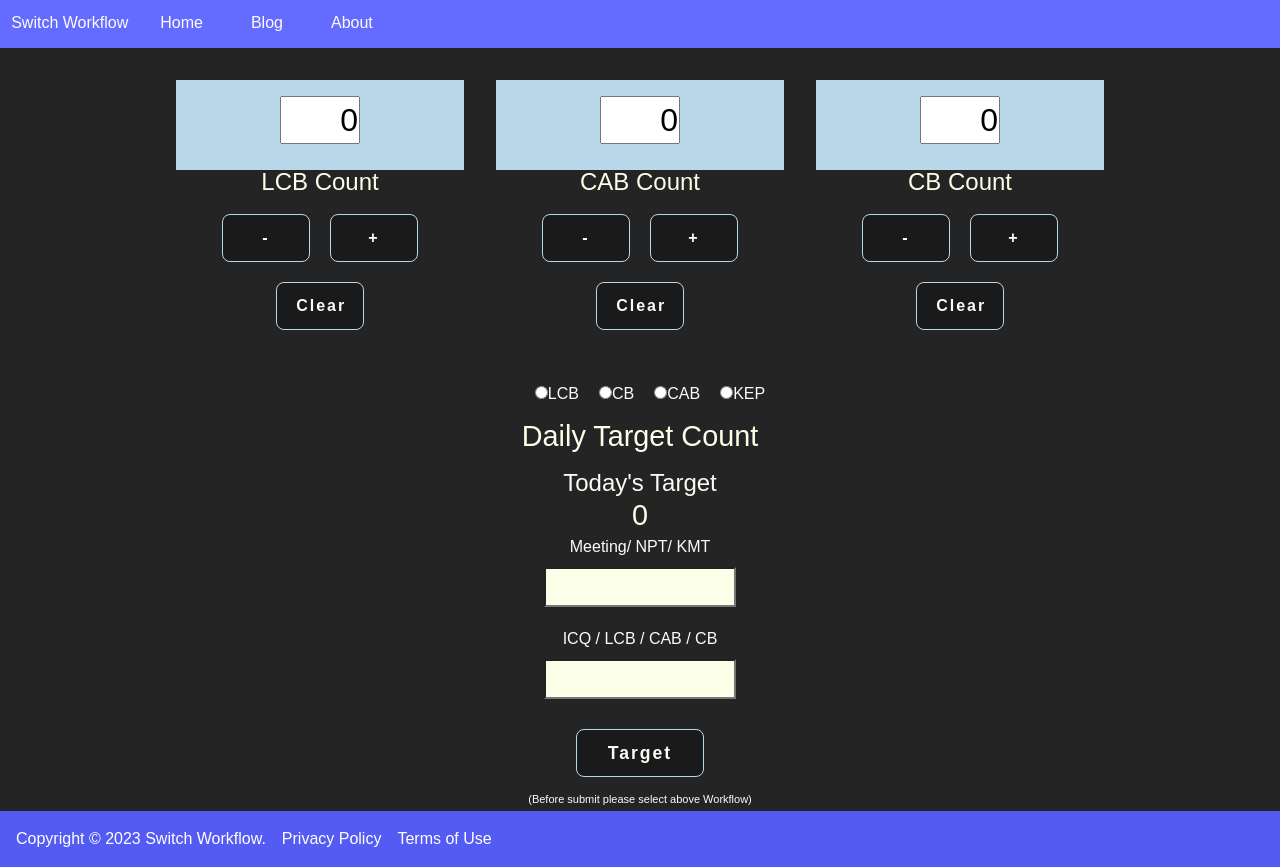
Repository: suraj-yadav7/SwitchWorkflow-Count-reactjs
Page: /
An editor plug-in stored every save of this project. The page is shown before and after the next save, followed by the edit.
The browser window is 1280 px wide. The pictures show the whole page.
Some web fonts or font styles are not loaded; a fallback is used. The project was rebuilt for these pictures with package versions that can differ from the ones it lists, and the page was loaded fresh each time.

Above is the page before, as saved 2023-04-20 12:15:24.

After the next save:
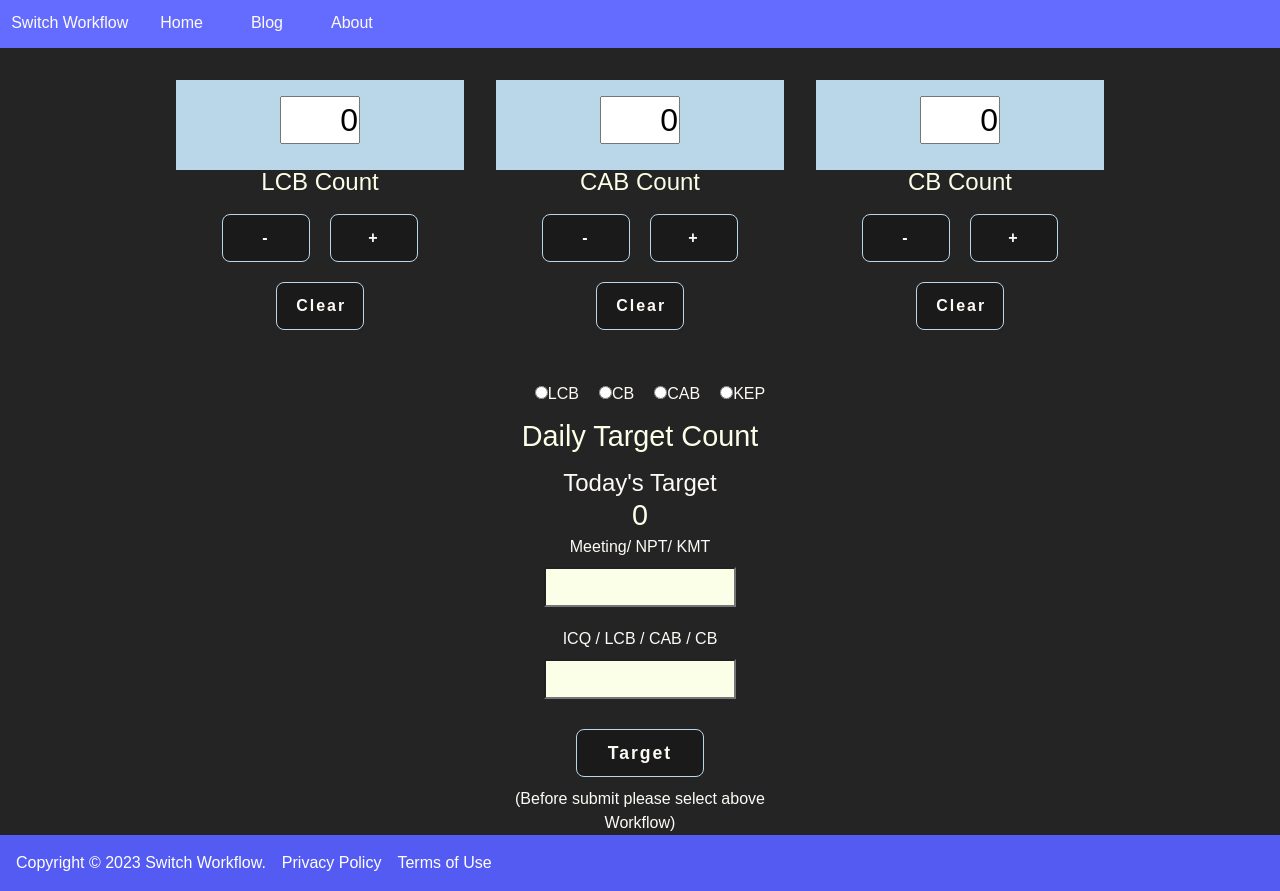
Saved 2 min 37 s later.
--- a/src/Components/DailyTarget.jsx
+++ b/src/Components/DailyTarget.jsx
@@ -60,7 +60,7 @@ const DailyTarget = () => {
                         <span>Meeting/ NPT/ KMT</span><input type='text' name="npt"  className='inputArea' onChange={inputVal1} />
                         <span>ICQ / LCB / CAB / CB</span><input type='text' name="icq"  className='inputArea' onChange={inputVal2} />
                         <button className='resultBtn' onClick={targetHandle}>Target</button>
-                        <p style={{fontSize: "11px"}}>(Before submit please select above Workflow)</p>
+                        <p>(Before submit please select above Workflow)</p>
                     </div>
                 </div>
 

After the 3 saves that followed:
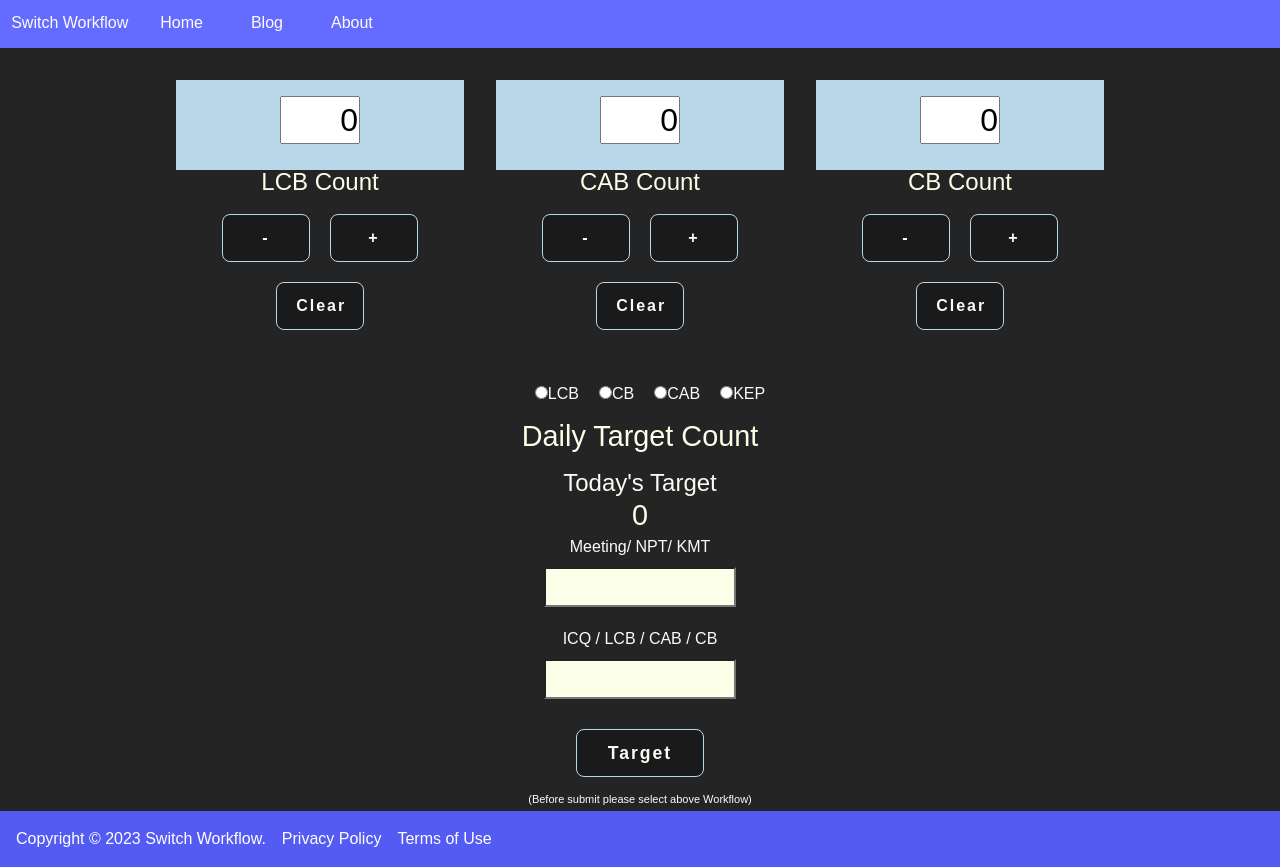
The 3 saves are shown as one change because 2 left the picture as it was.
The last was saved 55 s later.
--- a/src/App.css
+++ b/src/App.css
@@ -130,6 +130,9 @@ li,a{
   margin: 8px 0px 20px 0px;
   text-align: center;
 }
+.textType >P{
+  font-size: 11px;
+}
 
 .radioBtn >input{
   margin-left: 20px;
